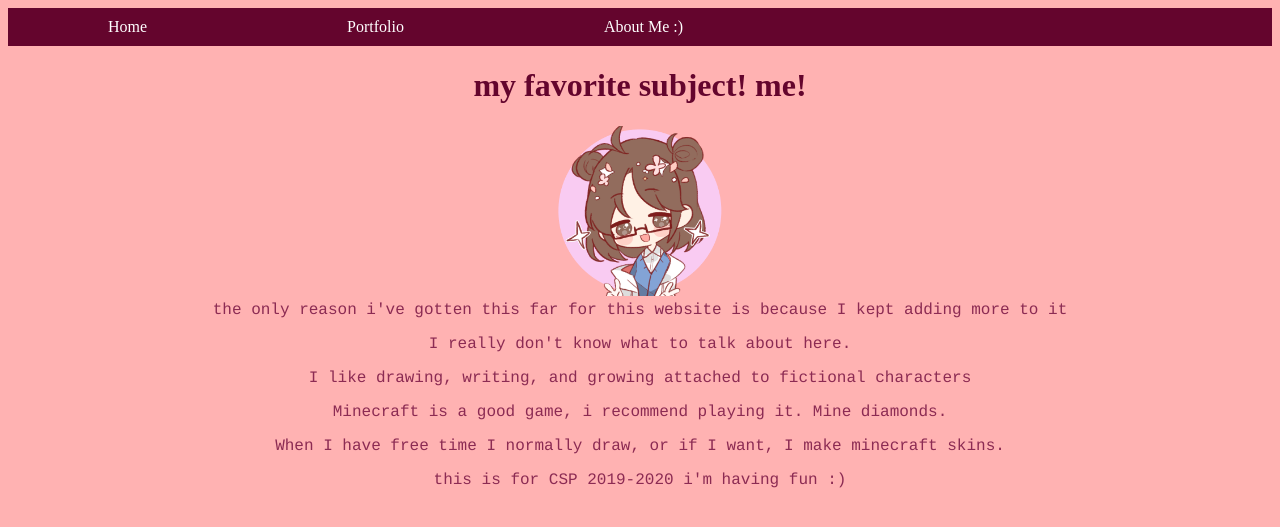
Repository: ycano1934/ycano1934.github.io
Page: my_website/about.html
The author's editor kept a record of every edit. The page is drawn from the files as they stood at one moment, then again after the next edit.
The browser window is 1280 px wide. The pictures show the whole page.

Above is the page before.

After the next edit:
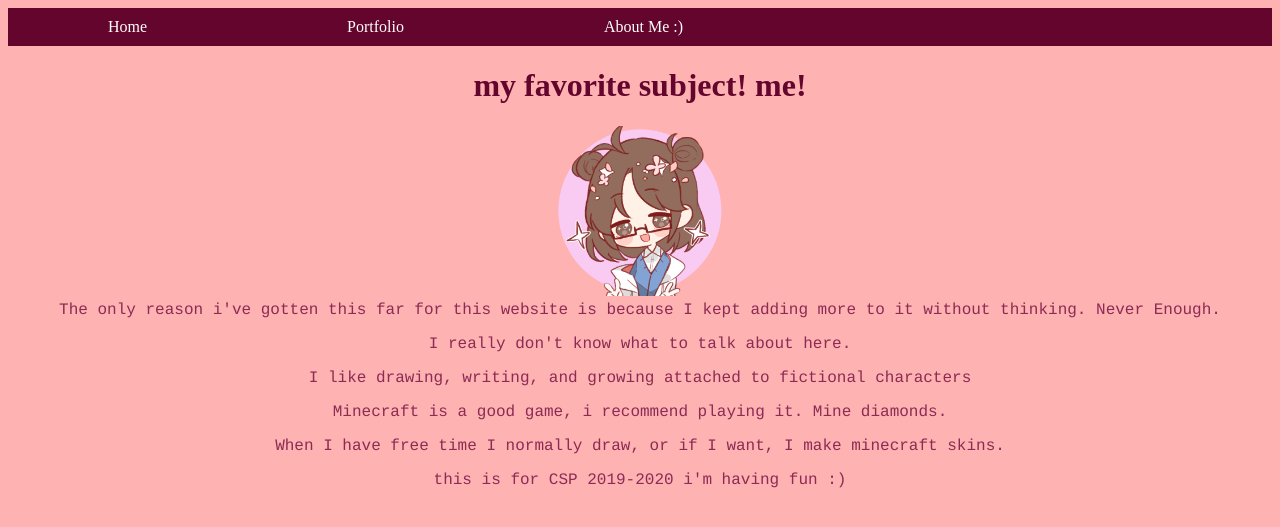
The edit:
--- a/my_website/about.html
+++ b/my_website/about.html
@@ -63,7 +63,7 @@
 
         <p id="paragraphlook" style="text-align:center;">
           <img src="images/avatar.png" height="170" width="170"><br>
-            the only reason i've gotten this far for this website is because I kept adding more to it</p>
+            The only reason i've gotten this far for this website is because I kept adding more to it without thinking. Never Enough.</p>
             <p id="paragraphlook" style="text-align:center;">I really don't know what to talk about here.</p>
             <p id="paragraphlook" style="text-align:center;">I like drawing, writing, and growing attached to fictional characters</p>
             <p id="paragraphlook" style="text-align:center;">Minecraft is a good game, i recommend playing it. Mine diamonds.</p>
